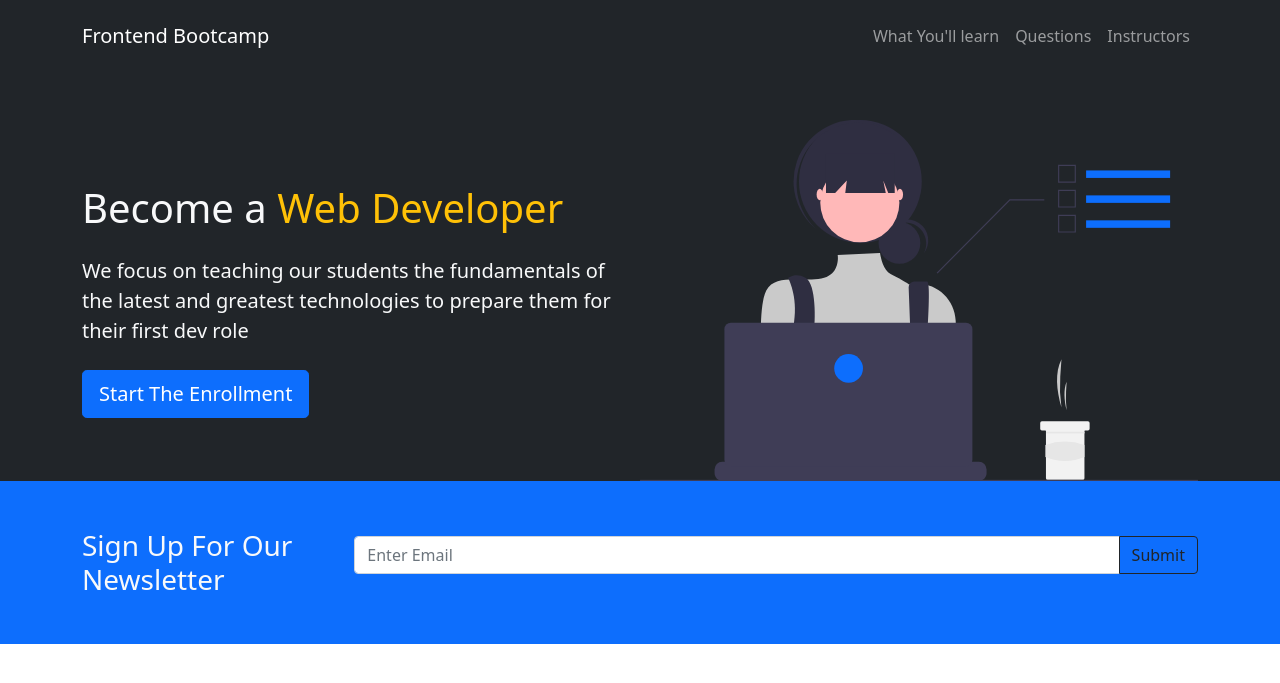
Repository: Marhamat92/Bootstrap5-Responsive-Website-
Page: index.html
An editor plug-in stored every save of this project. The page is shown before and after the next save, followed by the edit.
The browser window is 1280 px wide. The pictures show the whole page.

Above is the page before, as saved 2021-09-18 16:53:44.

### index.html
<!DOCTYPE html>
<html lang="en">

<head>
    <meta charset="UTF-8">
    <meta http-equiv="X-UA-Compatible" content="IE=edge">
    <meta name="viewport" content="width=device-width, initial-scale=1.0">
    <link href="https://cdn.jsdelivr.net/npm/bootstrap@5.0.2/dist/css/bootstrap.min.css" rel="stylesheet"
        integrity="sha384-EVSTQN3/azprG1Anm3QDgpJLIm9Nao0Yz1ztcQTwFspd3yD65VohhpuuCOmLASjC" crossorigin="anonymous">
    <link rel="stylesheet" href="style.css">
    <title>Frontend Bootcamp</title>

</head>

<body>
    <!--Navbar-->
    <nav class="navbar navbar-expand-lg bg-dark navbar-dark py-3">
        <div class="container">
            <a href="#" class="navbar-brand">Frontend Bootcamp</a>
            <button class="navbar-toggler" type="button" data-bs-toggle="collapse" data-bs-target="#navmenu">
                <span class="navbar-toggler-icon"></span>
            </button>
            <div class="collapse navbar-collapse" id="navmenu">
                <ul class="navbar-nav ms-auto">
                    <li class="nav-item">
                        <a href="#learn" class="nav-link">What You'll learn</a>
                    </li>
                    <li class="nav-item">
                        <a href="#questions" class="nav-link">Questions</a>
                    </li>
                    <li class="nav-item">
                        <a href="#instructors" class="nav-link">Instructors</a>
                    </li>
                </ul>
            </div>
        </div>
    </nav>

<!--Showcase-->

<section class="bg-dark text-light p-5 p-lg-0 pt-lg-5 text-center text-sm-start">
    <div class="container">
      <div class="d-sm-flex align-items-center justify-content-between">
          <div>
              <h1>Become a <span class="text-warning">Web Developer</span> </h1>
              <p class="lead my-4">We focus on teaching our students the fundamentals of the latest and
                  greatest technologies to prepare them for their first dev role
              </p>
              <button class="btn btn-primary btn-lg">Start The Enrollment</button>
          </div>
          <img class="img-fluid w-50 d-none d-sm-block" src="img/showcase.svg" alt="showcase">
      </div>
    </div>
</section>


<!--Newsletter-->
<section class=" bg-primary text-light p-5">
    <div class="container">
      <div class="d-md-flex justify-content-between align-items-center">
        <h3 class="mb-3 mb-md-0">Sign Up For Our Newsletter</h3>
        <div class="input-group mb-3">
            <input type="text" class="form-control" placeholder="Enter Email" aria-label="Recipient's username" aria-describedby="button-addon2">
            <button class="btn btn-outline-dark" type="button" id="button-addon2">Submit</button>
          </div>

      </div>
    </div>
</section>






















    <script src="https://cdn.jsdelivr.net/npm/bootstrap@5.0.2/dist/js/bootstrap.bundle.min.js"
        integrity="sha384-MrcW6ZMFYlzcLA8Nl+NtUVF0sA7MsXsP1UyJoMp4YLEuNSfAP+JcXn/tWtIaxVXM" crossorigin="anonymous">
    </script>
</body>

</html>

Loaded but not shown: style.css (no copy from this time; the picture is the same without it)

After the next save:
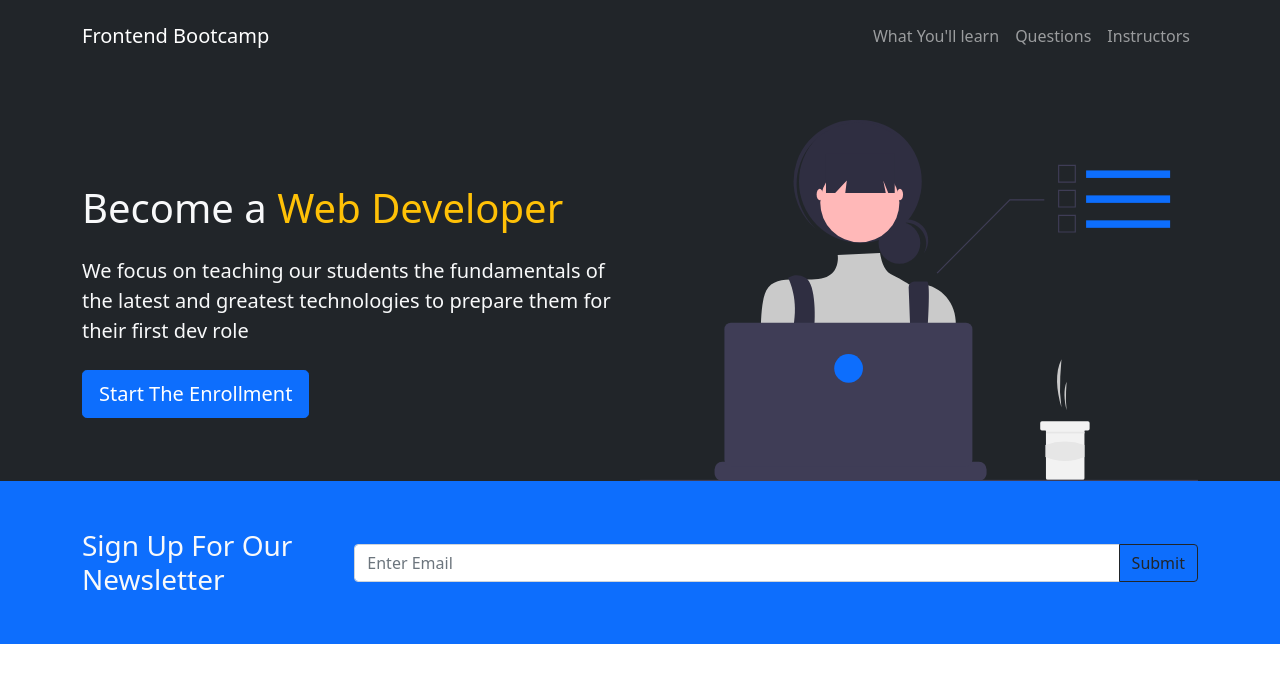
Saved 2 min 25 s later.
--- a/index.html
+++ b/index.html
@@ -59,7 +59,7 @@
     <div class="container">
       <div class="d-md-flex justify-content-between align-items-center">
         <h3 class="mb-3 mb-md-0">Sign Up For Our Newsletter</h3>
-        <div class="input-group mb-3">
+        <div class="input-group">
             <input type="text" class="form-control" placeholder="Enter Email" aria-label="Recipient's username" aria-describedby="button-addon2">
             <button class="btn btn-outline-dark" type="button" id="button-addon2">Submit</button>
           </div>
